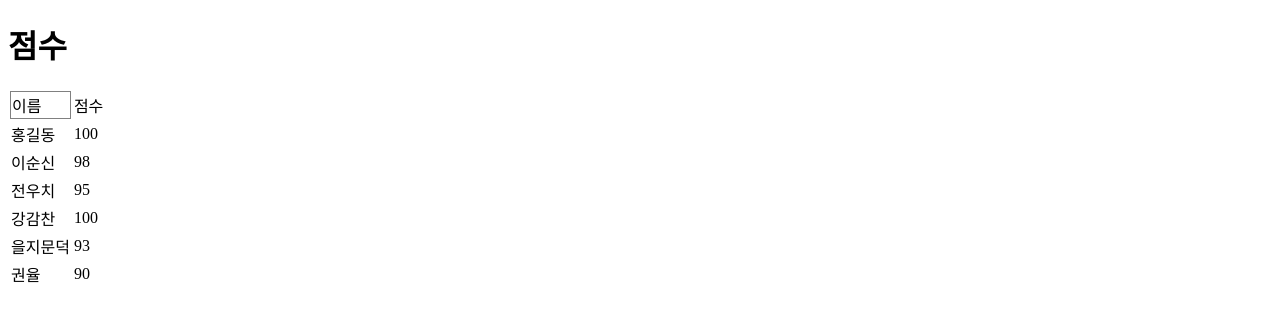
Repository: djdongjae/SpringProjects
Page: html1/src/main/webapp/01/table01.html
The author's editor kept a copy of each file at every save. The page is drawn from the files as they stood at one save, then again after the next save.
The browser window is 1280 px wide. The pictures show the whole page.

Above is the page before, as saved 2023-03-13 01:12:31.

### html1/src/main/webapp/01/table01.html
<!DOCTYPE html>
<html>
  <head>
    <meta http-equiv="content-type" content="text/html; charset=utf-8">
    <title>점수</title>
  </head>
  <body>
    <h1>점수</h1>
    <table>
      <tr>
        <td style="border: 1px solid gray;">이름</td>
        <td>점수</td>
      </tr>
      <tr>
        <td>홍길동</td>
        <td>100</td>
      </tr>
      <tr>
        <td>이순신</td>
        <td>98</td>
      </tr>
      <tr>
        <td>전우치</td>
        <td>95</td>
      </tr>
      <tr>
        <td>강감찬</td>
        <td>100</td>
      </tr>
      <tr>
        <td>을지문덕</td>
        <td>93</td>
      </tr>
      <tr>
        <td>권율</td>
        <td>90</td>
      </tr>
    </table>
  </body>
</html>

After the next save:
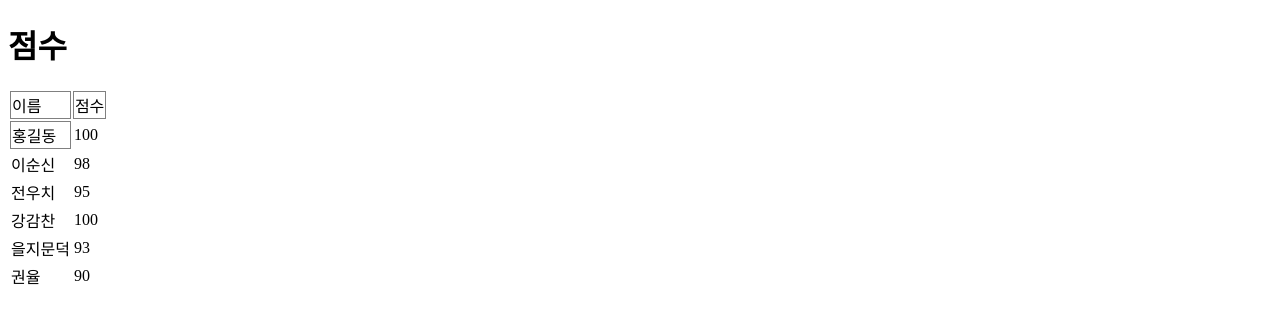
Saved 2 min 33 s later.
--- a/html1/src/main/webapp/01/table01.html
+++ b/html1/src/main/webapp/01/table01.html
@@ -9,10 +9,10 @@
     <table>
       <tr>
         <td style="border: 1px solid gray;">이름</td>
-        <td>점수</td>
+        <td style="border: 1px solid gray;">점수</td>
       </tr>
       <tr>
-        <td>홍길동</td>
+        <td style="border: 1px solid gray;">홍길동</td>
         <td>100</td>
       </tr>
       <tr>
